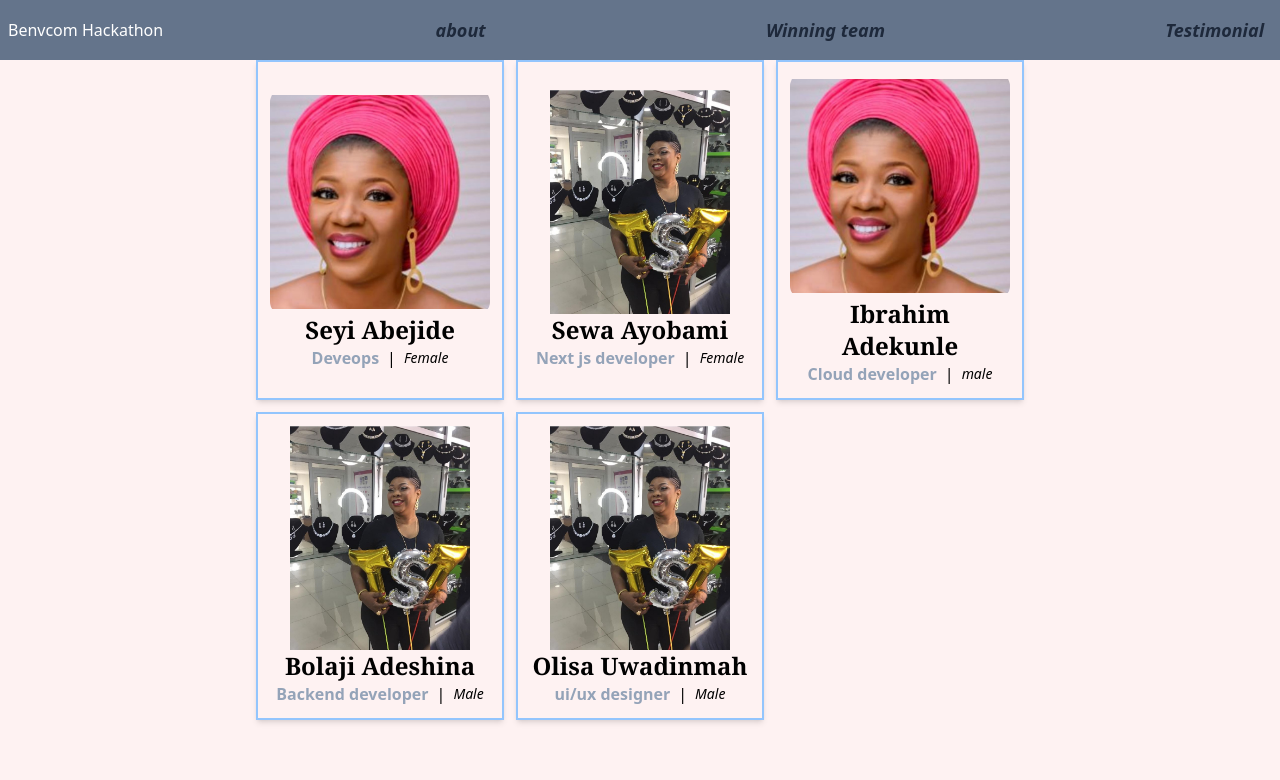
Repository: Semanmernstack/Bincom
Page: /
The author's editor kept a copy of each file at every save. The page is drawn from the files as they stood at one save, then again after the next save.
The browser window is 1280 px wide. The pictures show the whole page.
The project was rebuilt for these pictures with package versions that can differ from the ones it lists, and the page was loaded fresh each time. The framework's server and built-in components were replaced by stand-ins that run in the browser. Also part of the build but not shown: next.config.mjs.

Above is the page before, as saved 2024-01-25 09:33:11.

### app/layout.tsx
import type { Metadata } from "next";
import { Inter } from "next/font/google";
import "./globals.css";
import Nav from "./components/Nav";

const inter = Inter({ subsets: ["latin"] });

export const metadata: Metadata = {
  title: "Create Next App",
  description: "Generated by create next app",
};

export default function RootLayout({
  children,
}: Readonly<{
  children: React.ReactNode;
}>) {
  return (
    <html lang="en">
      <body className=" ">
        <Nav/>
        {children}
      </body>
    </html>
  );
}

### app/page.tsx
import Hacthon from "./components/Hacthon";




export default function Home() {
  return (
    <main className="bg-red-50 min-h-screen">
      <Hacthon/>
    </main>

  );
}

### app/components/Nav.tsx
"use client"
import Link from 'next/link'
import { usePathname } from 'next/navigation'
import React from 'react'
const Linkk = [
    {
        href: "/about",
        title: "about"
    },
    {
        href: "/winner",
        title: "Winning team"
    },
    {
        href: "/testimony",
        title: "Testimonial",
    },
]

function Nav() {
    const pathname = usePathname()
  return (
    <div className=' flex items-center justify-between   bg-slate-500 p-2 shadow-lg text-white'>
        <div>
            <h1> Benvcom Hackathon  </h1>
        </div>
       {Linkk.map((d, i) => (
        <div className='' key={i}>
           {pathname === d.href ? (
        <Link href={d.href} className='text-sm sm:text-lg text-pink-800 font-bold animate-pulse'>
            {d.title}
        </Link>


           ):(
            <Link href= {d.href }
            className="flex   p-2 gap-1 italic sm:font-semibold hover:border rounded-lg border-teal-700  text-slate-800 dark:text-white text-xs sm:text-lg font-bold transition duration-100  "
            >
                {d.title}
            </Link>

           )}
        </div>

       ))}




</div>
  )
}

export default Nav

### app/components/Hacthon.tsx
import React from 'react'
import slidefour from "../public/slidefour.png"


import slidethree from "../public/slidethree.png"
import SetUp from "../components/SetUp";


const data = [
  {
    id: "1",
    title: "Seyi Abejide",
    image:"slidefour.png",
    role: "Deveops",
    gender: "Female",

  },
  {
    id: "2",
    title: "Sewa Ayobami",
    image: "slidethree.png",
    role: "Next js developer",
    gender: "Female"

  },
  {
    id: "3",
    title: "Ibrahim Adekunle",
    image:"slidefour.png",
    role: "Cloud developer",
    gender: "male",

  },
  {
    id: "4",
    title: "Bolaji Adeshina",
    image: "slidethree.png",
    role: "Backend developer",
    gender: "Male",

  },
  {
    id: "5",
    title: "Olisa Uwadinmah",
    image: "slidethree.png",
    role: "ui/ux designer",
    gender: "Male",

  },


];

function Hacthon() {
  return (
    <main className=" flex flex-col max-w-3xl mx-auto ">
      <div className="grid grid-cols-1 sm:grid-cols-2 md:grid-cols-3 gap-3">
          {data.map((p, index)=> (
              <div className=" border-2 border-blue-300 shadow-md items-center justify-center flex" key={index}>
                <SetUp
                  id={p.id}
                  title={p.title}
                  image={p.image}
                  role={p.role}
                  gender= {p.gender}
                />
              </div>

          ))}


      </div>



    </main>
  )
}

export default Hacthon

### app/components/SetUp.tsx
import React from 'react'
interface B {
    id: string
    title: string
    image: string
    role: string
    gender: string
}


function SetUp({id, title, image, role, gender}:B) {
  return (
    <div className=' p-3 '>
      <img src={image} alt="image" className='h-56 w-56 rounded-xl  object-contain' />
      <div className='flex flex-col items-center justify-between'>
        <h1 className='font-bold text-center font-serif textt-xl md:text-2xl'>{title}</h1>
        <div className='flex items-center justify-between gap-2'>
          <h2 className='font-bold text-slate-400 '>{role}</h2>
          <h2>|</h2>
          <h2 className='text-xs sm:text-sm italic'>{gender}</h2>
        </div>

        <div>

        </div>

      </div>

    </div>
  )
}

export default SetUp

Loaded but not shown: app/globals.css (common file); tailwind.config.ts (common file)

After the next save:
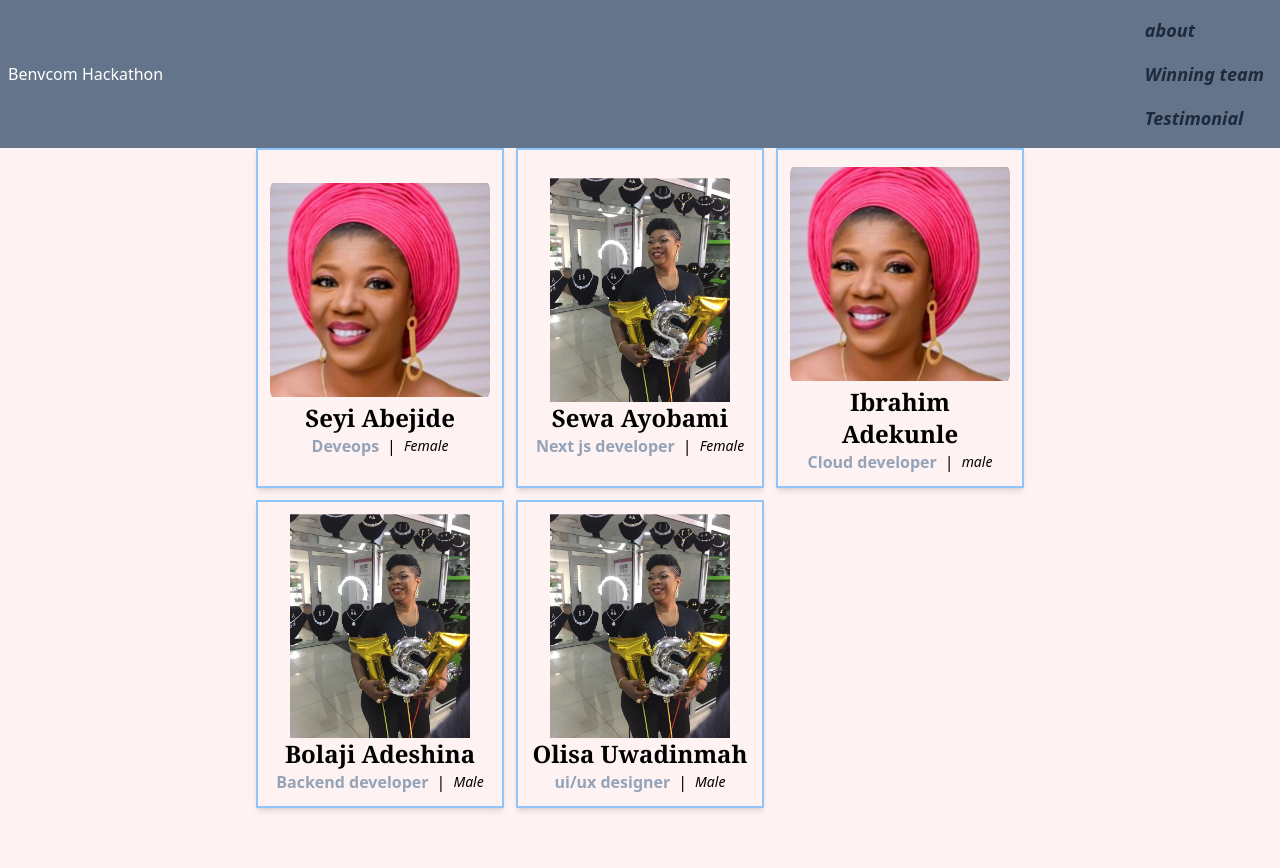
Saved 50 s later.
--- a/app/components/Nav.tsx
+++ b/app/components/Nav.tsx
@@ -24,7 +24,8 @@
         <div>
             <h1> Benvcom Hackathon  </h1>
         </div>
-       {Linkk.map((d, i) => (
+        <div>
+        {Linkk.map((d, i) => (
         <div className='' key={i}>
            {pathname === d.href ? (
         <Link href={d.href} className='text-sm sm:text-lg text-pink-800 font-bold animate-pulse'>
@@ -44,6 +45,9 @@
 
        ))}
 
+        </div>
+
+
 
 
 

After the save that followed:
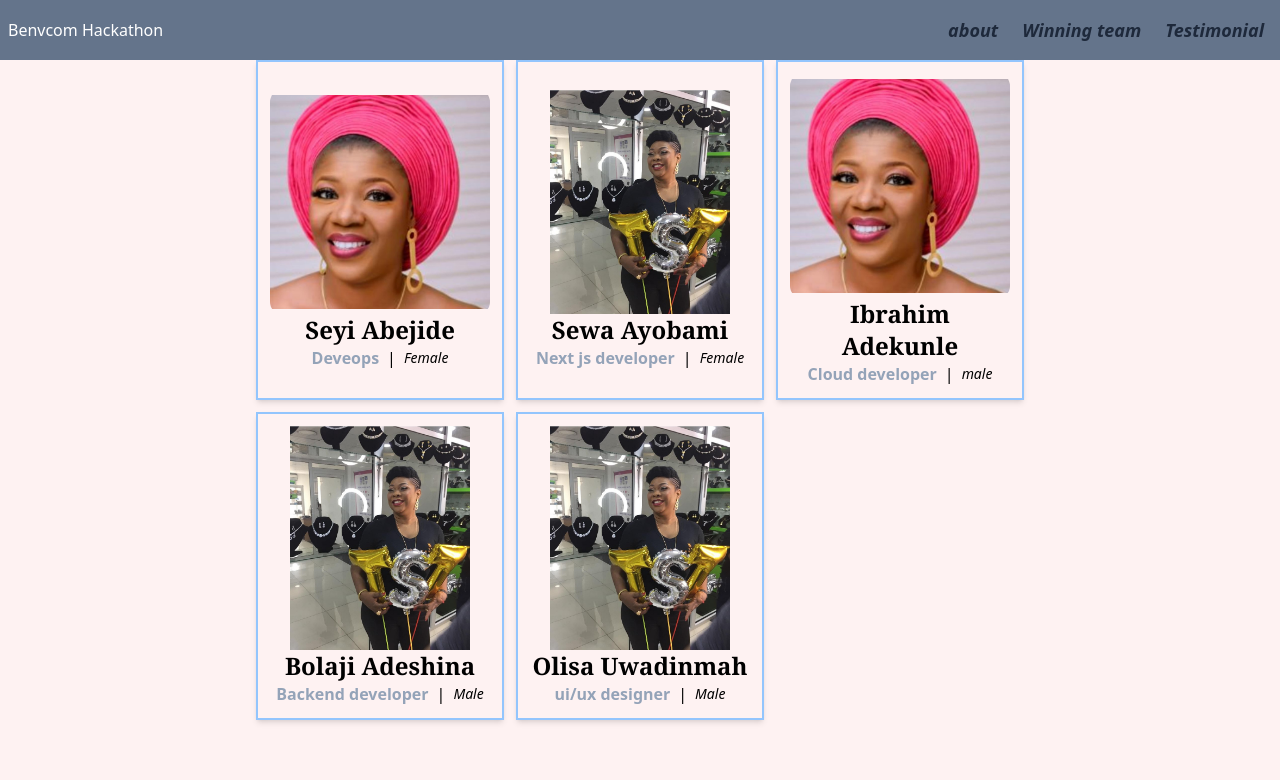
Saved 28 s later.
--- a/app/components/Nav.tsx
+++ b/app/components/Nav.tsx
@@ -24,7 +24,7 @@
         <div>
             <h1> Benvcom Hackathon  </h1>
         </div>
-        <div>
+        <div className='flex gap-2 '>
         {Linkk.map((d, i) => (
         <div className='' key={i}>
            {pathname === d.href ? (
